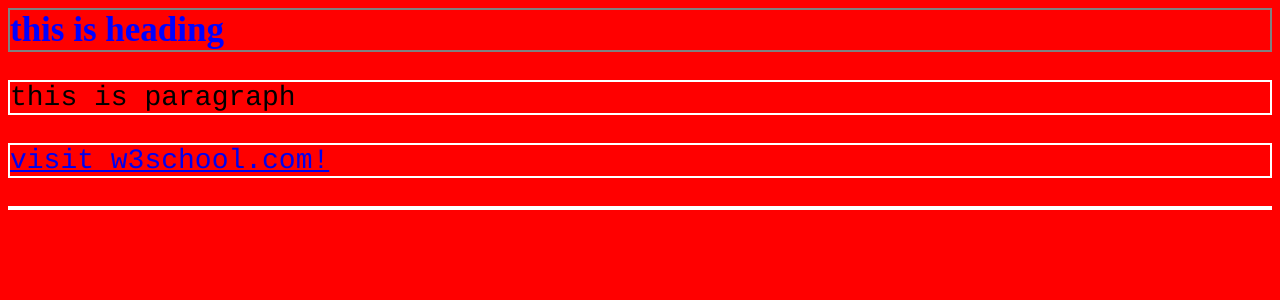
Repository: pratixa-chauhan/practice
Page: style/file2.html
An editor plug-in stored every save of this project. The page is shown before and after the next save, followed by the edit.
The browser window is 1280 px wide. The pictures show the whole page.

Above is the page before, as saved 2021-12-16 14:04:53.

After the next save:
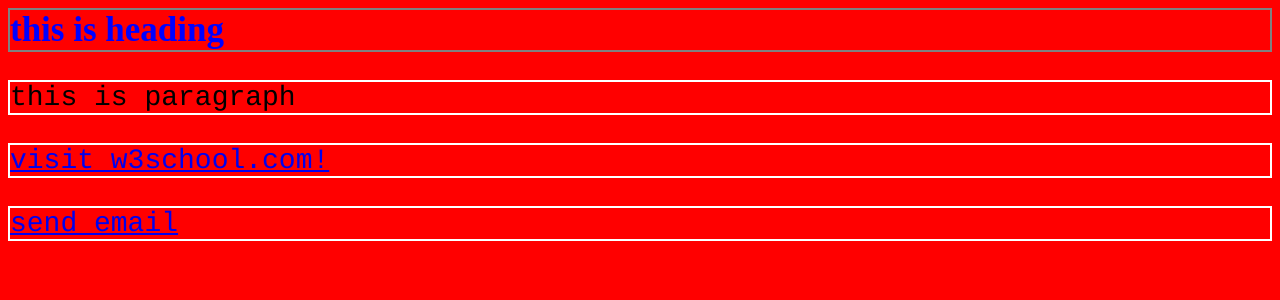
Saved 92 s later.
--- a/style/file2.html
+++ b/style/file2.html
@@ -21,7 +21,7 @@
             <h1>this is heading</h1>
             <p>this is paragraph </p>
             <p> <a href="https://www.w3schools.com">visit w3school.com!</a> </p>
-            <p> <a href="mailto://pratixachauhan27@gmail.com!</a> </p>
+            <p> <a href="mailto://pratixachauhan27@gmail.com!">send email</a> </p>
         </body>
     </head>
 </html>
